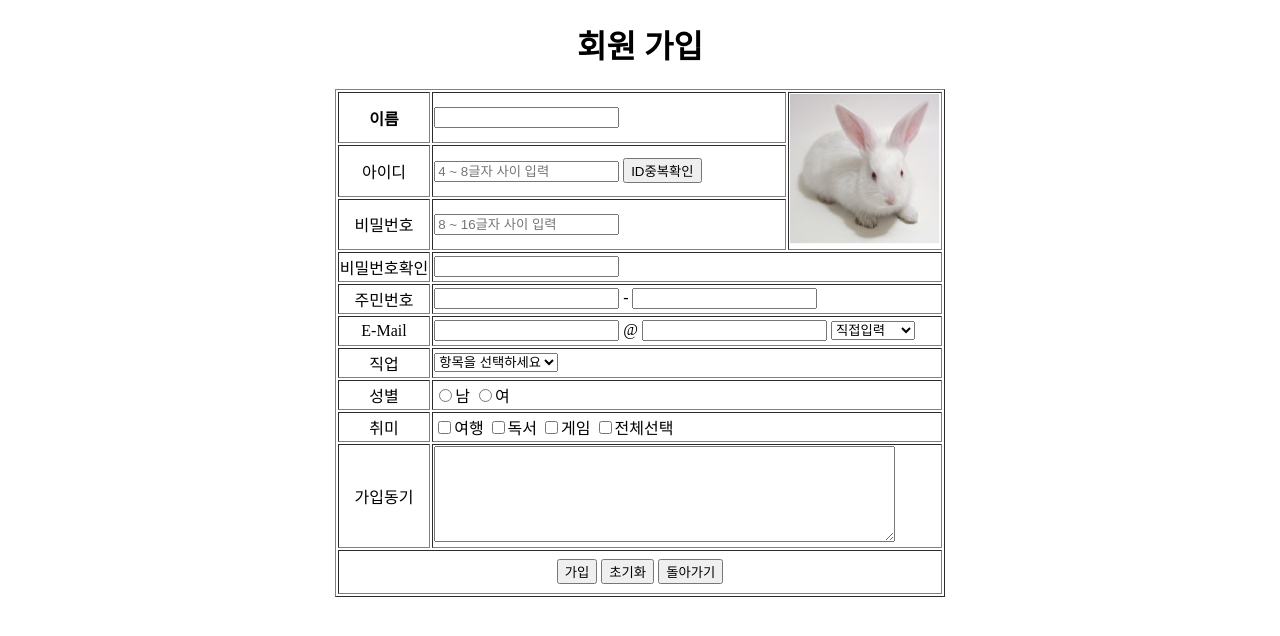
Repository: KimMinseooo/itwillStudy
Page: BACKEND/JSP/workspace_jsp/StudyHTML/src/main/webapp/1025/final_exam.html
The author's editor kept a copy of each file at every save. The page is drawn from the files as they stood at one save, then again after the next save.
The browser window is 1280 px wide. The pictures show the whole page.

Above is the page before, as saved 2024-10-25 06:07:07.

### BACKEND/JSP/workspace_jsp/StudyHTML/src/main/webapp/1025/final_exam.html
<!DOCTYPE html>
<html>
<head>
<meta charset="UTF-8">
<title>Insert title here</title>
</head>
<body>
	<h1 align="center">회원 가입</h1>

		<table border="1" align="center">
			<form>

			<tr height="30">
				<td align="center" style="font-weight: bold;">이름</td>
				<td width="350">

				<input type="text">
				</td>
				<td rowspan="3" width="150" height="150">
				<img alt="" src="../rabbit.png" width="150" height="150">
				</td>
			</tr>
			<tr height="30">
			<td align="center">아이디</td>
			<td>
				<input placeholder="4 ~ 8글자 사이 입력">
				<input type="button" value="ID중복확인">
			</td>
			</tr>
			<tr height="30">
			<td align="center">비밀번호</td>
			<td>
				<input placeholder="8 ~ 16글자 사이 입력" type="password">
			</td>
			</tr>
			<tr height="30">
			<td align="center">비밀번호확인</td>
			<td colspan="2">
				<input type="password">
			</td>
			</tr>
			<tr height="30">
			<td align="center">주민번호</td>
			<td colspan="2">
				<input type="text"> - <input type="password" >
			</td>
			</tr>
			<tr height="30">
			<td align="center">E-Mail</td>
			<td colspan="2">
				<input type="text"> @ <input type="text">
				<select>
					<option>직접입력</option>
					<option>naver.com</option>
					<option>gmail.com</option>
					<option>nate.com</option>
				</select>
			</td>
			</tr>

			<tr height="30">
			<td align="center">직업</td>
			<td colspan="2">
				<select>
					<option>항목을 선택하세요</option>
					<option>개발자</option>
					<option>DB엔지니어</option>
				</select>
			</td>
			</tr>
			<tr height="30">
			<td align="center">성별</td>
			<td colspan="2">
				<input type="radio" name="gender" id= "male"><label for="male">남</label>
				<input type="radio" name="gender" id= "female"><label for="female">여</label>
			</td>
			</tr>

			<tr height="30">
			<td align="center">취미</td>
			<td colspan="2">
				<input type="checkbox" name="hobby" id="hobby1"><label for="hobby1">여행</label>
				<input type="checkbox" name="hobby" id="hobby2"><label for="hobby2">독서</label>
				<input type="checkbox" name="hobby" id="hobby3"><label for="hobby3">게임</label>
				<input type="checkbox" name="hobby" id="hobby4"><label for="hobby4">전체선택</label>

			</td>
			</tr>
			<tr height="30">
			<td align="center">가입동기</td>
			<td colspan="2">
				<textarea rows="6" cols="55" ></textarea>
			</td>
			</tr>
			<tr height="30">
			<td colspan="3" width="200" height="40" align="center">
				<input type="submit" value="가입">
				<input type="reset" value="초기화">
				<input type="button" value="돌아가기">
			</td>
			</tr>
			</form>
		</table>

</body>
</html>

After the next save:
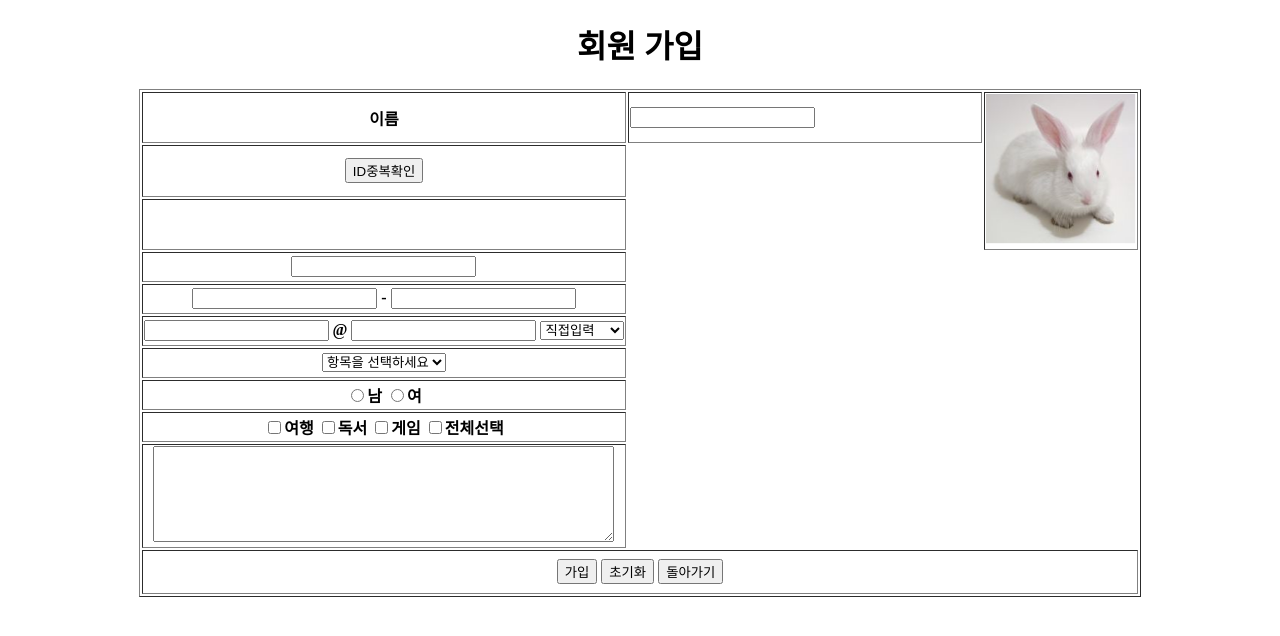
Saved 20 s later.
--- a/BACKEND/JSP/workspace_jsp/StudyHTML/src/main/webapp/1025/final_exam.html
+++ b/BACKEND/JSP/workspace_jsp/StudyHTML/src/main/webapp/1025/final_exam.html
@@ -21,32 +21,32 @@
 				</td>
 			</tr>
 			<tr height="30">
-			<td align="center">아이디</td>
+			<td align="center" style="font-weight: bold;>아이디</td>
 			<td>
 				<input placeholder="4 ~ 8글자 사이 입력">
 				<input type="button" value="ID중복확인">
 			</td>
 			</tr>
 			<tr height="30">
-			<td align="center">비밀번호</td>
+			<td align="center" style="font-weight: bold;>비밀번호</td>
 			<td>
 				<input placeholder="8 ~ 16글자 사이 입력" type="password">
 			</td>
 			</tr>
 			<tr height="30">
-			<td align="center">비밀번호확인</td>
+			<td align="center" style="font-weight: bold;>비밀번호확인</td>
 			<td colspan="2">
 				<input type="password">
 			</td>
 			</tr>
 			<tr height="30">
-			<td align="center">주민번호</td>
+			<td align="center" style="font-weight: bold;>주민번호</td>
 			<td colspan="2">
 				<input type="text"> - <input type="password" >
 			</td>
 			</tr>
 			<tr height="30">
-			<td align="center">E-Mail</td>
+			<td align="center" style="font-weight: bold;>E-Mail</td>
 			<td colspan="2">
 				<input type="text"> @ <input type="text">
 				<select>
@@ -59,7 +59,7 @@
 			</tr>
 
 			<tr height="30">
-			<td align="center">직업</td>
+			<td align="center" style="font-weight: bold;>직업</td>
 			<td colspan="2">
 				<select>
 					<option>항목을 선택하세요</option>
@@ -69,7 +69,7 @@
 			</td>
 			</tr>
 			<tr height="30">
-			<td align="center">성별</td>
+			<td align="center" style="font-weight: bold;>성별</td>
 			<td colspan="2">
 				<input type="radio" name="gender" id= "male"><label for="male">남</label>
 				<input type="radio" name="gender" id= "female"><label for="female">여</label>
@@ -77,7 +77,7 @@
 			</tr>
 
 			<tr height="30">
-			<td align="center">취미</td>
+			<td align="center" style="font-weight: bold;>취미</td>
 			<td colspan="2">
 				<input type="checkbox" name="hobby" id="hobby1"><label for="hobby1">여행</label>
 				<input type="checkbox" name="hobby" id="hobby2"><label for="hobby2">독서</label>
@@ -87,7 +87,7 @@
 			</td>
 			</tr>
 			<tr height="30">
-			<td align="center">가입동기</td>
+			<td align="center" style="font-weight: bold;>가입동기</td>
 			<td colspan="2">
 				<textarea rows="6" cols="55" ></textarea>
 			</td>

After the save that followed:
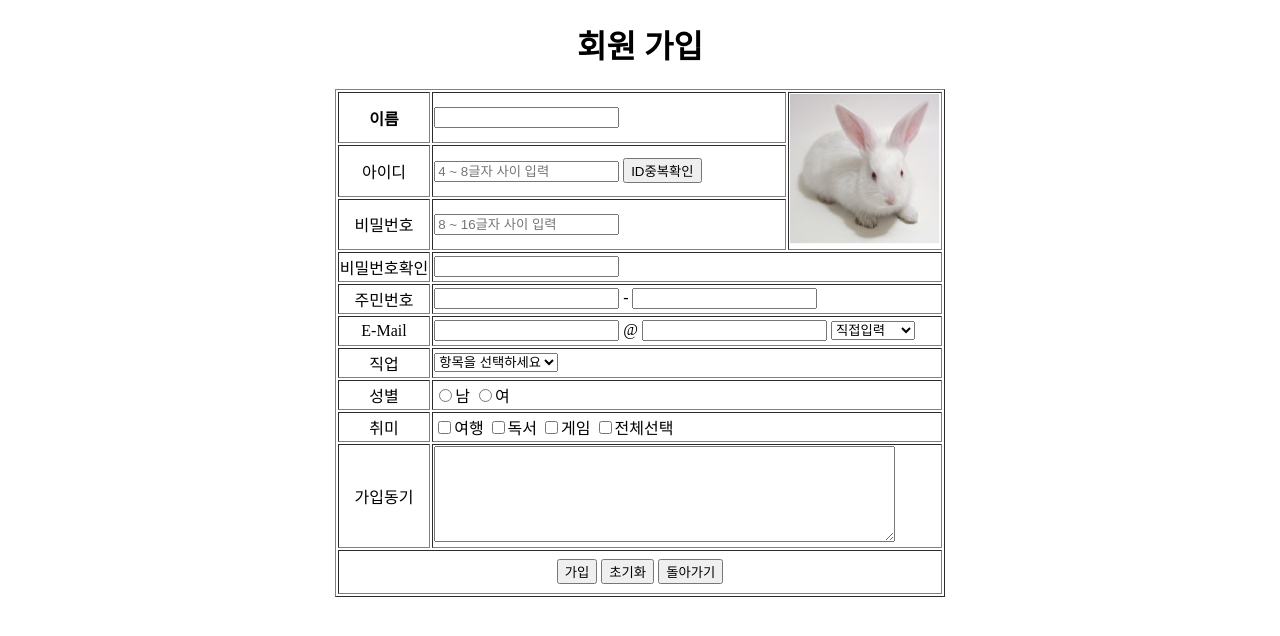
Saved 25 s later.
--- a/BACKEND/JSP/workspace_jsp/StudyHTML/src/main/webapp/1025/final_exam.html
+++ b/BACKEND/JSP/workspace_jsp/StudyHTML/src/main/webapp/1025/final_exam.html
@@ -21,32 +21,32 @@
 				</td>
 			</tr>
 			<tr height="30">
-			<td align="center" style="font-weight: bold;>아이디</td>
+			<td align="center">아이디</td>
 			<td>
 				<input placeholder="4 ~ 8글자 사이 입력">
 				<input type="button" value="ID중복확인">
 			</td>
 			</tr>
 			<tr height="30">
-			<td align="center" style="font-weight: bold;>비밀번호</td>
+			<td align="center">비밀번호</td>
 			<td>
 				<input placeholder="8 ~ 16글자 사이 입력" type="password">
 			</td>
 			</tr>
 			<tr height="30">
-			<td align="center" style="font-weight: bold;>비밀번호확인</td>
+			<td align="center">비밀번호확인</td>
 			<td colspan="2">
 				<input type="password">
 			</td>
 			</tr>
 			<tr height="30">
-			<td align="center" style="font-weight: bold;>주민번호</td>
+			<td align="center">주민번호</td>
 			<td colspan="2">
 				<input type="text"> - <input type="password" >
 			</td>
 			</tr>
 			<tr height="30">
-			<td align="center" style="font-weight: bold;>E-Mail</td>
+			<td align="center">E-Mail</td>
 			<td colspan="2">
 				<input type="text"> @ <input type="text">
 				<select>
@@ -59,7 +59,7 @@
 			</tr>
 
 			<tr height="30">
-			<td align="center" style="font-weight: bold;>직업</td>
+			<td align="center">직업</td>
 			<td colspan="2">
 				<select>
 					<option>항목을 선택하세요</option>
@@ -69,7 +69,7 @@
 			</td>
 			</tr>
 			<tr height="30">
-			<td align="center" style="font-weight: bold;>성별</td>
+			<td align="center">성별</td>
 			<td colspan="2">
 				<input type="radio" name="gender" id= "male"><label for="male">남</label>
 				<input type="radio" name="gender" id= "female"><label for="female">여</label>
@@ -77,7 +77,7 @@
 			</tr>
 
 			<tr height="30">
-			<td align="center" style="font-weight: bold;>취미</td>
+			<td align="center">취미</td>
 			<td colspan="2">
 				<input type="checkbox" name="hobby" id="hobby1"><label for="hobby1">여행</label>
 				<input type="checkbox" name="hobby" id="hobby2"><label for="hobby2">독서</label>
@@ -87,7 +87,7 @@
 			</td>
 			</tr>
 			<tr height="30">
-			<td align="center" style="font-weight: bold;>가입동기</td>
+			<td align="center">가입동기</td>
 			<td colspan="2">
 				<textarea rows="6" cols="55" ></textarea>
 			</td>
